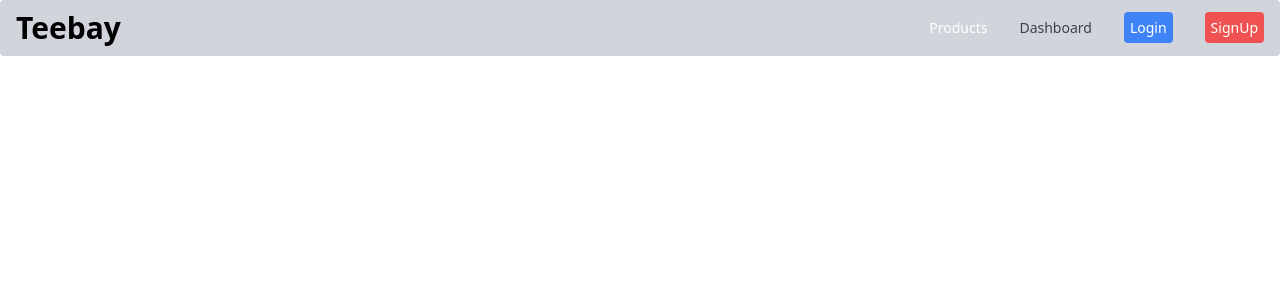
Repository: MahmudShuvo/TeeBay
Page: / (app in teebay-frontend/)
The author's editor kept a copy of each file at every save. The page is drawn from the files as they stood at one save, then again after the next save.
The browser window is 1280 px wide. The pictures show the whole page.
The page's requests for data from a server got no answer. The project was rebuilt for these pictures with package versions that can differ from the ones it lists, and the page was loaded fresh each time. No one was signed in, and anything a server would have sent is missing. Also part of the build but not shown: teebay-frontend/vite.config.ts, teebay-frontend/src/pages/ConfirmBuy.tsx, teebay-frontend/src/pages/Buy.tsx, teebay-frontend/src/components/ProductCard.tsx, teebay-frontend/src/components/OwnerCard.tsx, teebay-frontend/src/components/LentProducts.tsx, teebay-frontend/src/components/BoughtProducts.tsx, teebay-frontend/src/components/SoldProducts.tsx and 11 more. Imported but missing from the stored project, and not drawn on this page: teebay-frontend/src/components/SignUp.tsx.

Above is the page before, as saved 2024-07-10 13:16:29.

After the next save:
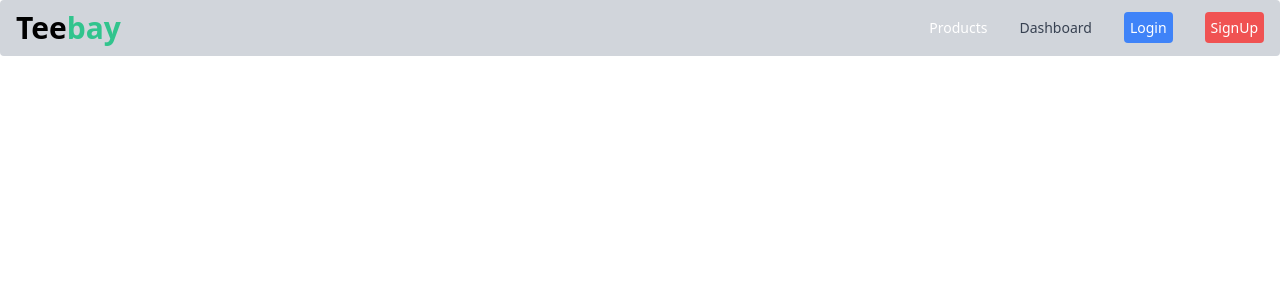
Saved 15 s later.
--- a/teebay-frontend/src/components/MainNav.tsx
+++ b/teebay-frontend/src/components/MainNav.tsx
@@ -7,7 +7,7 @@ function MainNav() {
   return (
     <Navbar fluid rounded className="bg-gray-300">
       <Navbar.Brand >
-        <span className="self-center whitespace-nowrap text-3xl font-bold dark:text-white">Tee<span className="text-orange-400">bay</span></span>
+        <span className="self-center whitespace-nowrap text-3xl font-bold dark:text-white">Tee<span className="text-green-400">bay</span></span>
       </Navbar.Brand>
       <Navbar.Collapse>
         <Navbar.Link href="/" active>
